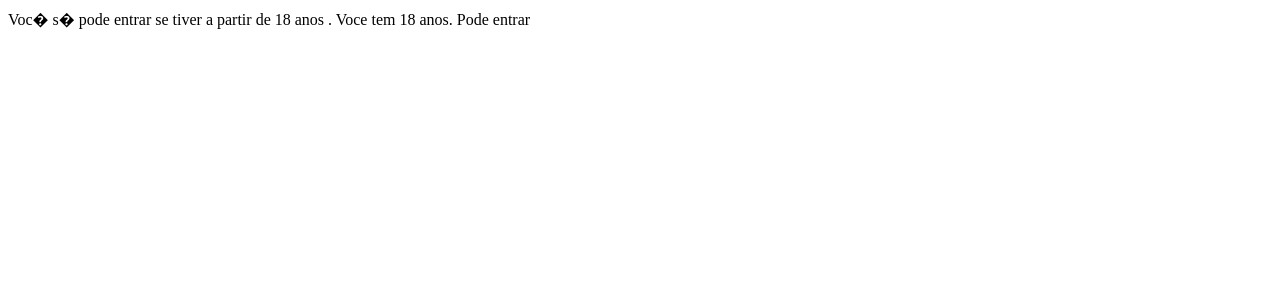
Repository: jpaulopd/PHP
Page: http://localhost/decisoes.php
These files come from the project's save history. The page is drawn as it stood at one moment and after the next save; the edit follows.
The browser window is 1280 px wide. The pictures show the whole page.
The page is run by PHP 8.4 with error messages shown; the project is at /var/www/html/.

Above is the page before, as saved 2019-05-22 13:14:13.

After the next save:
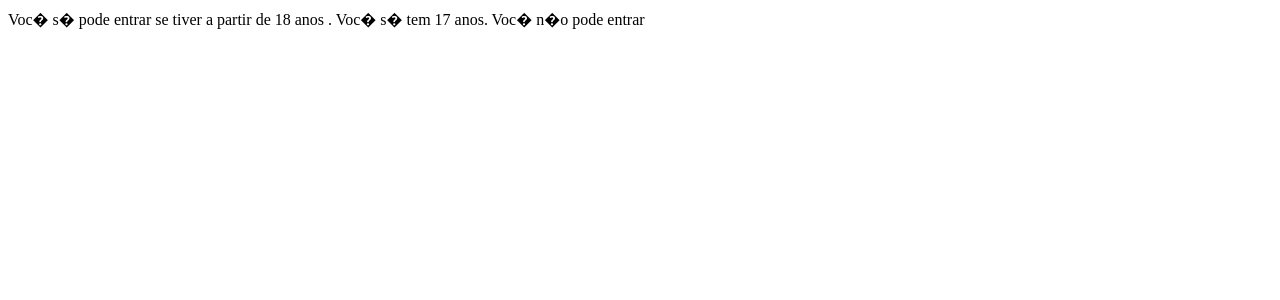
Saved 7 s later.
--- a/eclipsePhp-workspace/php-primeiros-passos/decisoes.php
+++ b/eclipsePhp-workspace/php-primeiros-passos/decisoes.php
@@ -1,6 +1,6 @@
 <?php
 
-$idade = 18;
+$idade = 17;
 
 echo "Você só pode entrar se tiver a partir de 18 anos ." . PHP_EOL;
 
